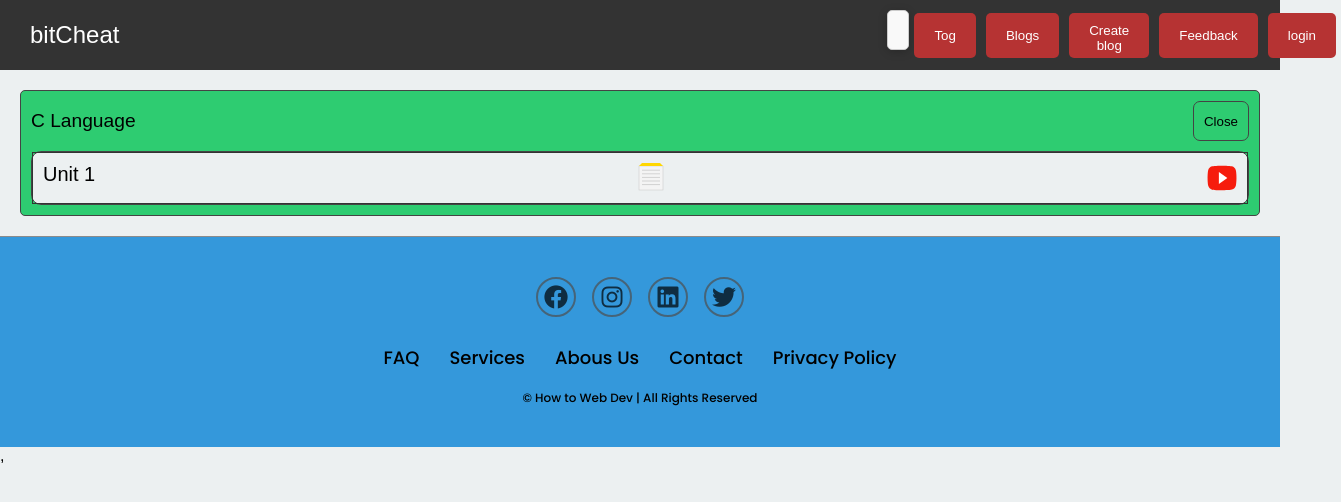
Repository: hitoutvrma/college-notes-website
Page: /IT (app in frontend/app/), after clicking the first element matching `div.title`
These files come from the project's save history. The page is drawn as it stood at one moment and after the next save; the edit follows.
The browser window is 1280 px wide. The page is 1341 px wide, so the pictures cover 1341 px, including what lies to the right of the window. The pictures show the whole page.
Some web fonts or font styles are not loaded; a fallback is used. The project was rebuilt for these pictures with package versions that can differ from the ones it lists, and the page was loaded fresh each time. Also part of the build but not shown: frontend/app/src/components/UserStatistics.js, frontend/app/src/components/Header.js, frontend/app/src/components/Home.js, frontend/app/src/components/BlogList.js, frontend/app/src/components/CreateBlog.jsx, frontend/app/src/components/Notfoundpage.js.

Above is the page before, as saved 2024-08-17 00:03:08.

After the next save:
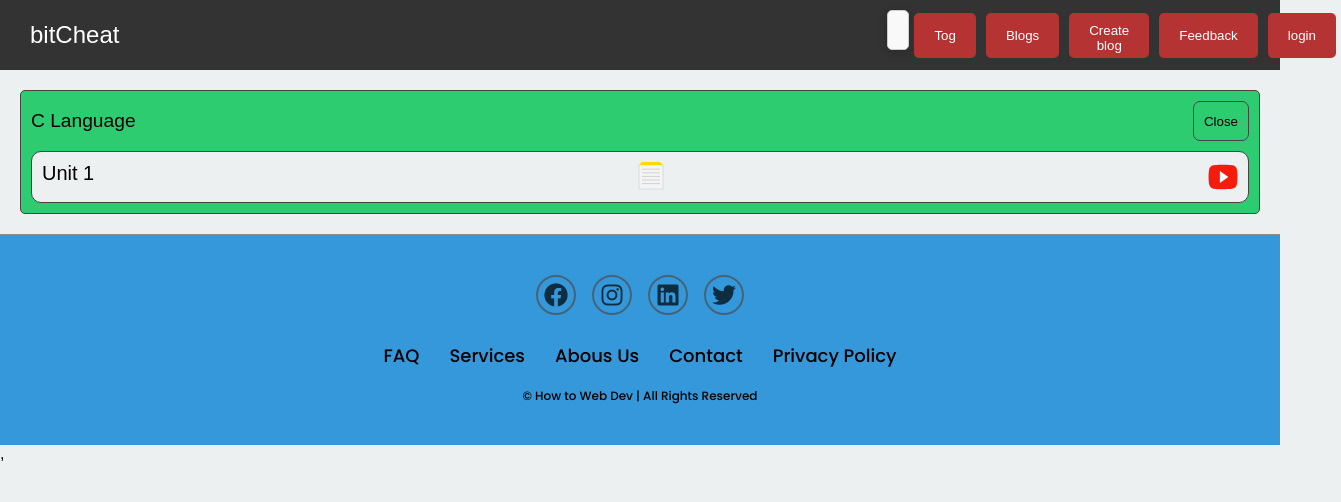
Saved 16 s later.
--- a/frontend/app/src/components/css/NotesPage.css
+++ b/frontend/app/src/components/css/NotesPage.css
@@ -63,7 +63,7 @@
   font-weight: lighter;
   display: flex;
   justify-content: space-between;
-  border: #333 solid 1px;
+  /* border: #333 solid 1px; */
 }
 .search-bar {
   width: 100%;
